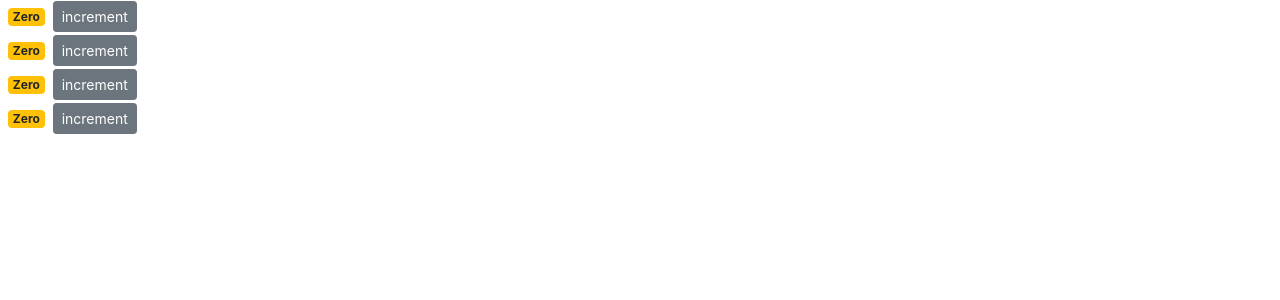
Repository: AvinashLikesToLearnNewStuff/Counter_app
Page: /
These files come from the project's save history. The page is drawn as it stood at one moment and after the next save; the edit follows.
The browser window is 1280 px wide. The pictures show the whole page.
The project was rebuilt for these pictures with package versions that can differ from the ones it lists, and the page was loaded fresh each time. Also part of the build but not shown: src/components/navbar.jsx, src/App.css, src/App.js.

Above is the page before, as saved 2023-03-16 10:32:44.

### src/index.js
import React from "react";
import ReactDOM from "react-dom/client";
import "./index.css";
import App from "./App";
import reportWebVitals from "./reportWebVitals";
import Counters from "./components/counters";
import "bootstrap/dist/css/bootstrap.css";

const root = ReactDOM.createRoot(document.getElementById("root"));
root.render(
  <React.StrictMode>
    <Counters />
  </React.StrictMode>
);

// If you want to start measuring performance in your app, pass a function
// to log results (for example: reportWebVitals(console.log))
// or send to an analytics endpoint. Learn more: https://bit.ly/CRA-vitals
reportWebVitals();

### src/components/counters.jsx
import React, { Component } from "react";
import Counter from "./counter";

class Counters extends Component {
  state = {
    counters: [
      { id: 1, value: 0 },
      { id: 2, value: 0 },
      { id: 3, value: 0 },
      { id: 4, value: 5 },
    ],
  };
  render() {
    return (
      <div>
        {this.state.counters.map((counter) => (
          <Counter key={counter.id} value={counter.value} selected={true} />
        ))}
      </div>
    );
  }
}

export default Counters;

### src/components/counter.jsx
import React, { Component } from "react";

class Counter extends Component {
  state = {
    count: 0,
    tags: ["tag1", "tag2", "tag3"],
  };

  handleIncrement = () => {
    console.log();
    this.setState({ count: this.state.count + 1 });
  };

  doHandleIncrement = () => {
    this.handleIncrement({ id: 1 });
  };

  render() {
    console.log("props", this.props);
    return (
      <div>
        <span className={this.getBadgeClasses()}>{this.formatCount()}</span>
        <button
          onClick={() => this.handleIncrement()}
          className="btn btn-secondary btn-sm"
        >
          increment
        </button>
      </div>
    );
  }

  getBadgeClasses() {
    let classes = "badge m-2 badge-";
    classes += this.state.count === 0 ? "warning" : "primary";
    return classes;
  }

  formatCount() {
    const { count } = this.state;
    return count === 0 ? "Zero" : count;
  }
}

export default Counter;

Loaded but not shown: public/index.html (common file); src/index.css (common file); src/reportWebVitals.js (common file)

After the next save:
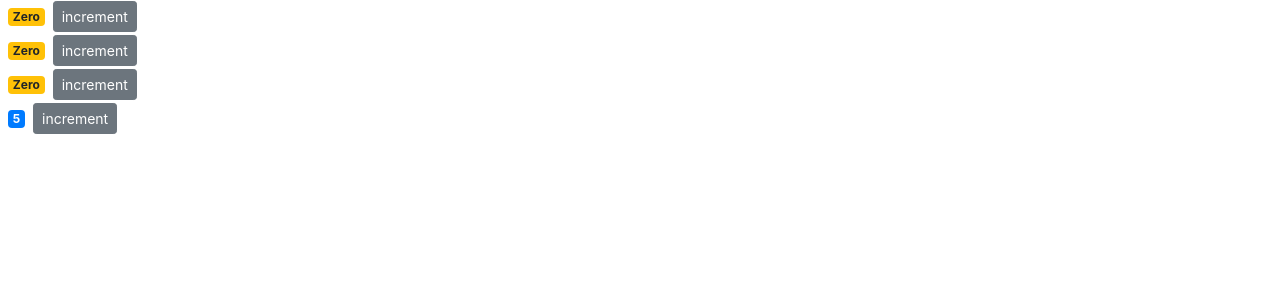
Saved 3 min 43 s later.
--- a/src/components/counter.jsx
+++ b/src/components/counter.jsx
@@ -2,7 +2,7 @@ import React, { Component } from "react";
 
 class Counter extends Component {
   state = {
-    count: 0,
+    count: this.props.value,
     tags: ["tag1", "tag2", "tag3"],
   };
 
